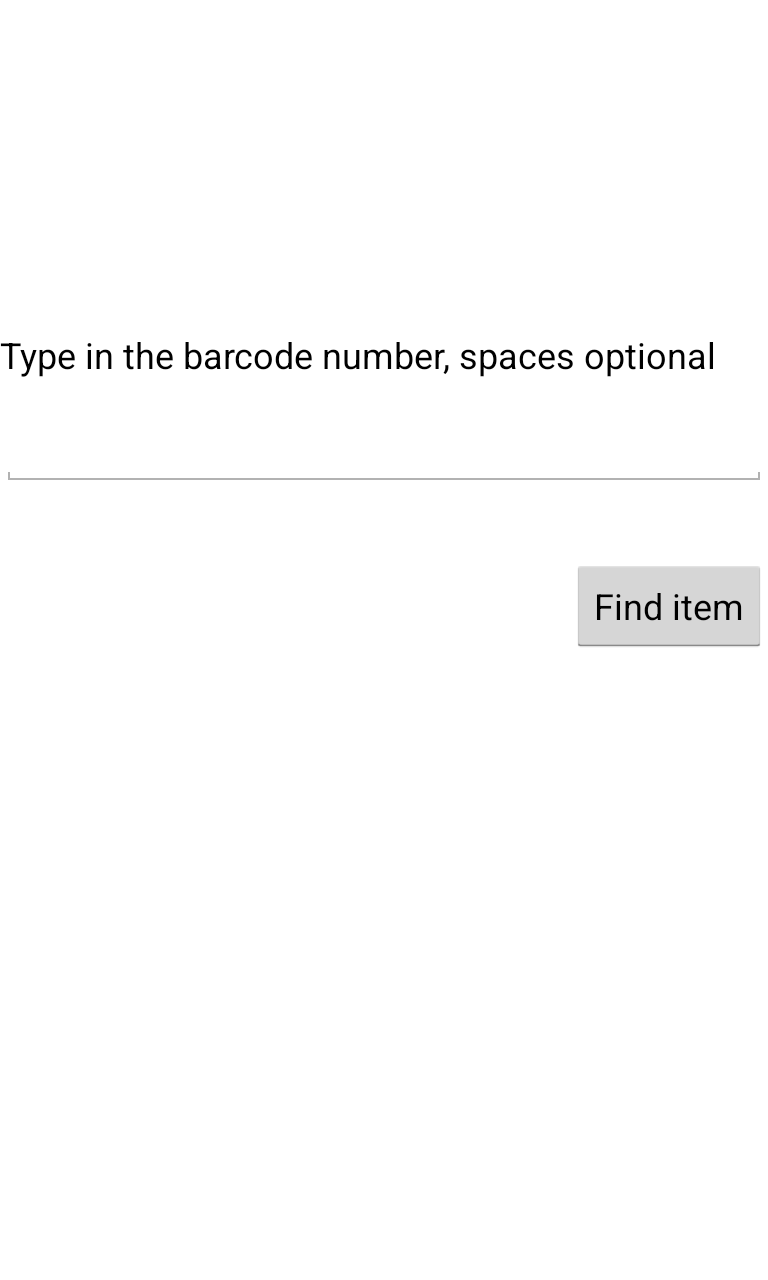
Repository: harvard-lil/wtwba-android-app
Layout: wtwba/res/layout/activity_type_barcode.xml
An editor plug-in stored every save of this project. The layout is shown before and after the next save, followed by the edit.
It is drawn on a 768 x 1280 px phone screen (xhdpi) without system bars, with theme AppTheme; the app's code is not run.

Above is the layout before, as saved 2013-03-20 16:35:33.

### wtwba/res/layout/activity_type_barcode.xml
<?xml version="1.0" encoding="utf-8"?>

<LinearLayout xmlns:android="http://schemas.android.com/apk/res/android"
    xmlns:tools="http://schemas.android.com/tools"
    android:layout_width="match_parent"
    android:layout_height="match_parent"
    android:layout_margin="15dip"
    android:orientation="vertical"
    >
    <!--  ios background is b4e8ff -->
    <ImageView
            android:id="@+id/barcode_example"
            android:layout_width="350dp"
            android:layout_marginTop="15dip"
        	android:layout_marginBottom="15dip"
            android:layout_height="120dp"
            android:layout_gravity="center"
        	/>

    <TextView
        android:layout_width="fill_parent"
        android:layout_height="wrap_content"
        android:layout_marginTop="15dip"
        android:layout_marginBottom="15dip"
        android:textAppearance="?android:attr/textAppearanceMedium"
        android:text="@string/type_barcode_instructions"
         />

    <EditText android:id="@+id/barcode"
        android:layout_width="fill_parent"
        android:layout_height="wrap_content"
        android:layout_marginBottom="35dip"
        android:layout_gravity="right"
        android:textColor="#9900FF"

        android:inputType="text" />

    <Button
        android:layout_width="wrap_content"
        android:layout_height="wrap_content"
        android:layout_gravity="right"
        android:text="@string/button_type"
        android:onClick="submitBarcode" />
</LinearLayout>

### wtwba/res/values/strings.xml
<?xml version="1.0" encoding="utf-8"?>
<resources>

    <string name="app_name">wtwba</string>
    <string name="main_activity_title">Where the Wild Books Are</string>
    <string name="activity_item_details_title">Wild Books</string>
    <string name="activity_scan_title">Wild Books</string>
    <string name="activity_manage_user_title">Manage user key</string>
    <string name="activity_type_barcode_title">Add item using fingers</string>
    <string name="activity_location_title">Select your current location</string>
    <string name="item_found_title">Yeehaw! We added your item</string>
    <string name="scan_error_title">Something went wrong</string>
    <string name="user_name_box_label">Enter your assigned user key</string>
    <string name="edit_message">Enter a message</string>
    <string name="loading_message">Loading</string>


    <string name="button_confirm_delete">Delete from list</string>
    <string name="button_scan_item">Scan barcode</string>
    <string name="button_key_item">Type barcode</string>
    <string name="activity_delete_title">Delete from list</string>

    <string name="button_scan">Scan</string>
    <string name="button_type">Find item</string>
    <string name="button_item_confrim">Return home</string>
    <string name="button_add">Add to list</string>
    <string name="button_save_user_name">Save user key</string>
    <string name="menu_settings">Settings</string>
    <string name="scan_error">Something went wrong when when I tried to add the item. Sorry. Can you give it a try again?</string>
    <string name="title_activity_main">MainActivity</string>
    <string name="type_barcode_instructions">Type in the barcode number, spaces optional</string>
    <string name="hello_world">Hello world!</string>
    <string name="title_holder">Sample Title Here</string>
    <string name="connection_error">Unable to connect to network</string>
    <string name="title_activity_display_message">DisplayMessageActivity</string>
    <string name="empty_list">You haven\'t added any items.</string>

</resources>

Loaded but not shown: wtwba/res/values-v11/styles.xml (common file); wtwba/res/values-v14/styles.xml (common file); wtwba/res/values/styles.xml (common file)

After the next save:
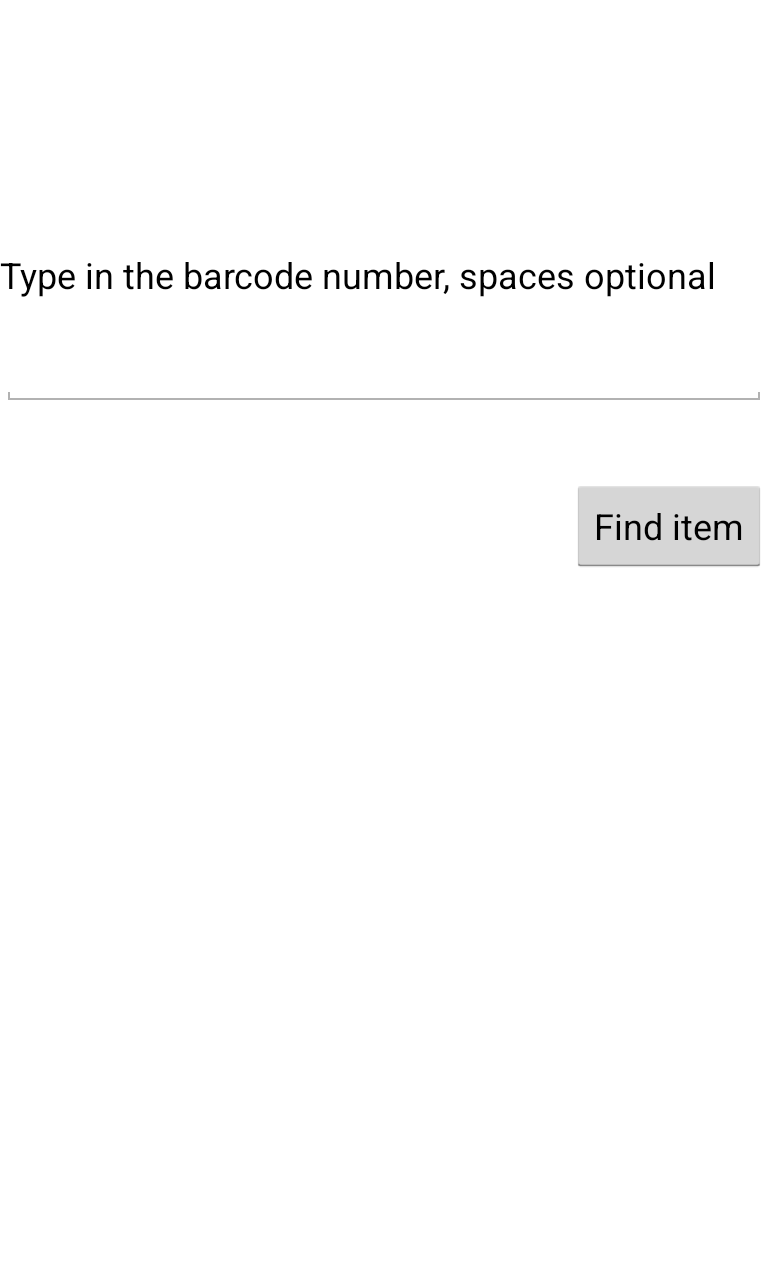
Saved 27 s later.
--- a/wtwba/res/layout/activity_type_barcode.xml
+++ b/wtwba/res/layout/activity_type_barcode.xml
@@ -10,10 +10,10 @@
     <!--  ios background is b4e8ff -->
     <ImageView
             android:id="@+id/barcode_example"
-            android:layout_width="350dp"
+            android:layout_width="250dp"
             android:layout_marginTop="15dip"
         	android:layout_marginBottom="15dip"
-            android:layout_height="120dp"
+            android:layout_height="80dp"
             android:layout_gravity="center"
         	/>
 
